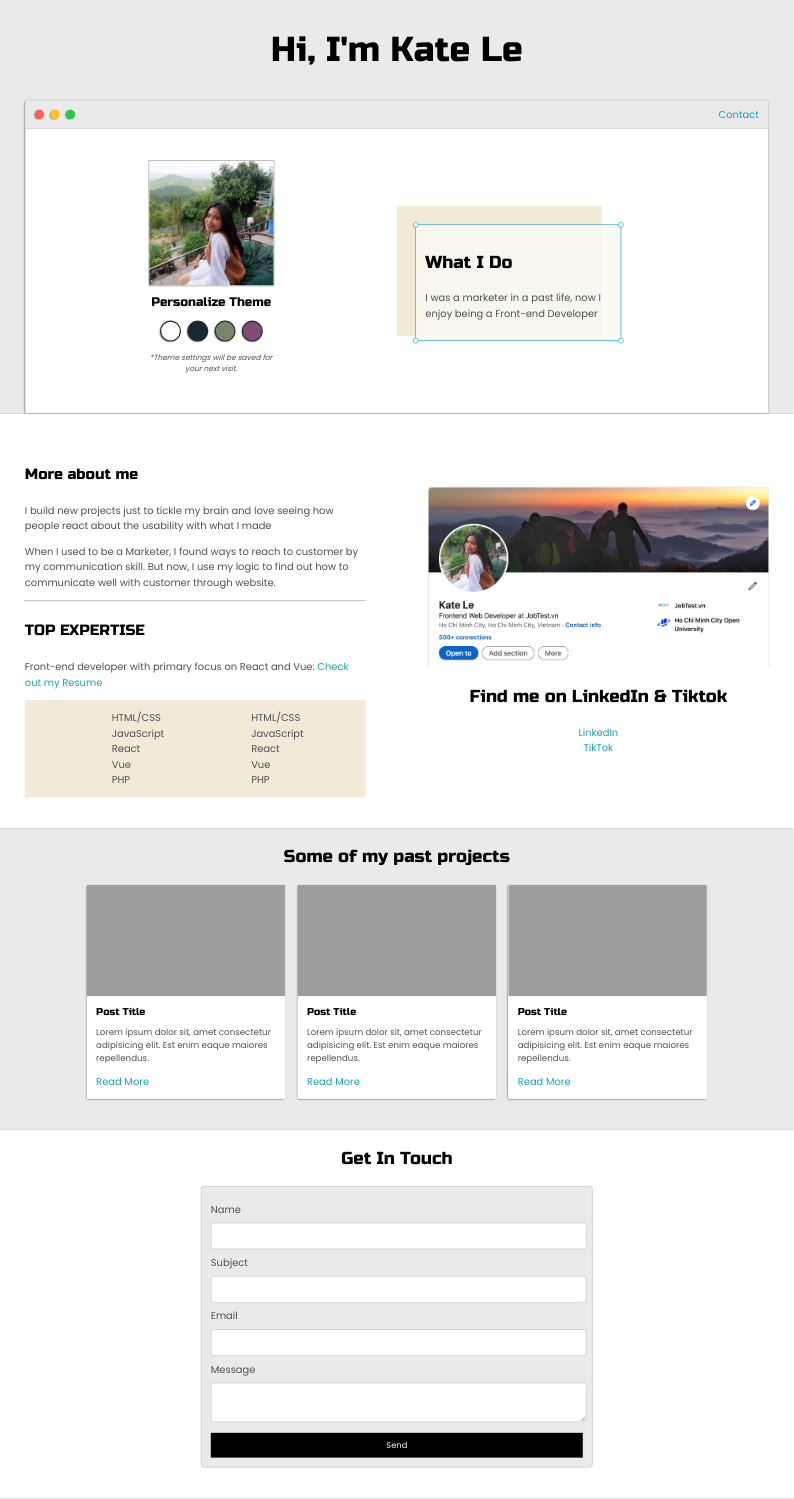
Repository: kate30980/my-persponal-website
Page: index.html
These files come from the project's save history. The page is drawn as it stood at one moment and after the next save; the edit follows.
The browser window is 1280 px wide. The pictures show the whole page, at 62% of full size.
Pictures or frames that could not be fetched are drawn as grey boxes.

Above is the page before, as saved 2021-08-27 20:50:06.

After the next save:
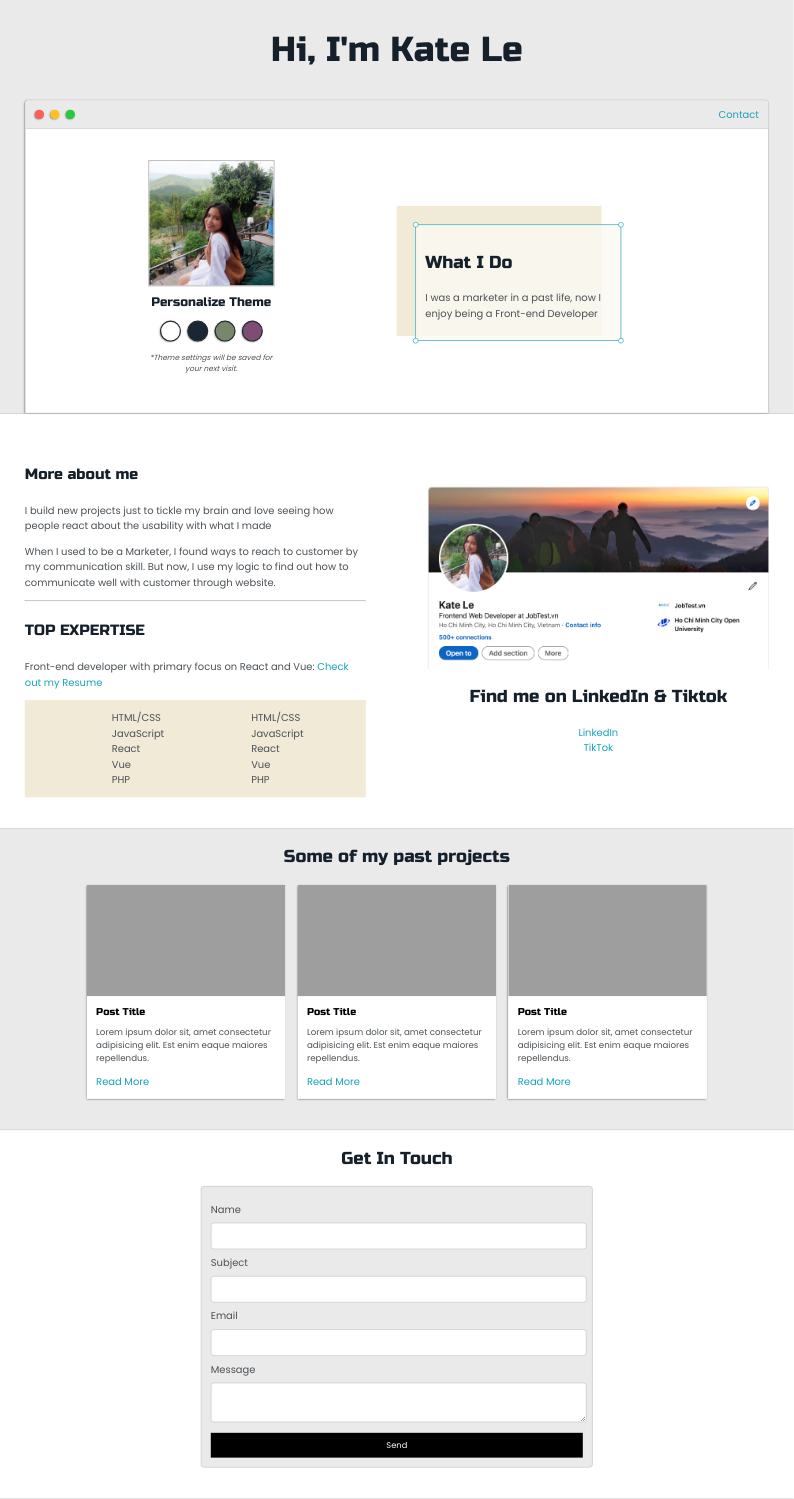
Saved 42 s later.
--- a/blue.css
+++ b/blue.css
@@ -1,5 +1,5 @@
 :root {
-  --mainText: black;
+  --mainText: #15202b;
   --secondaryText: #4b5156;
 
   --mainColor: #eaeaea;
